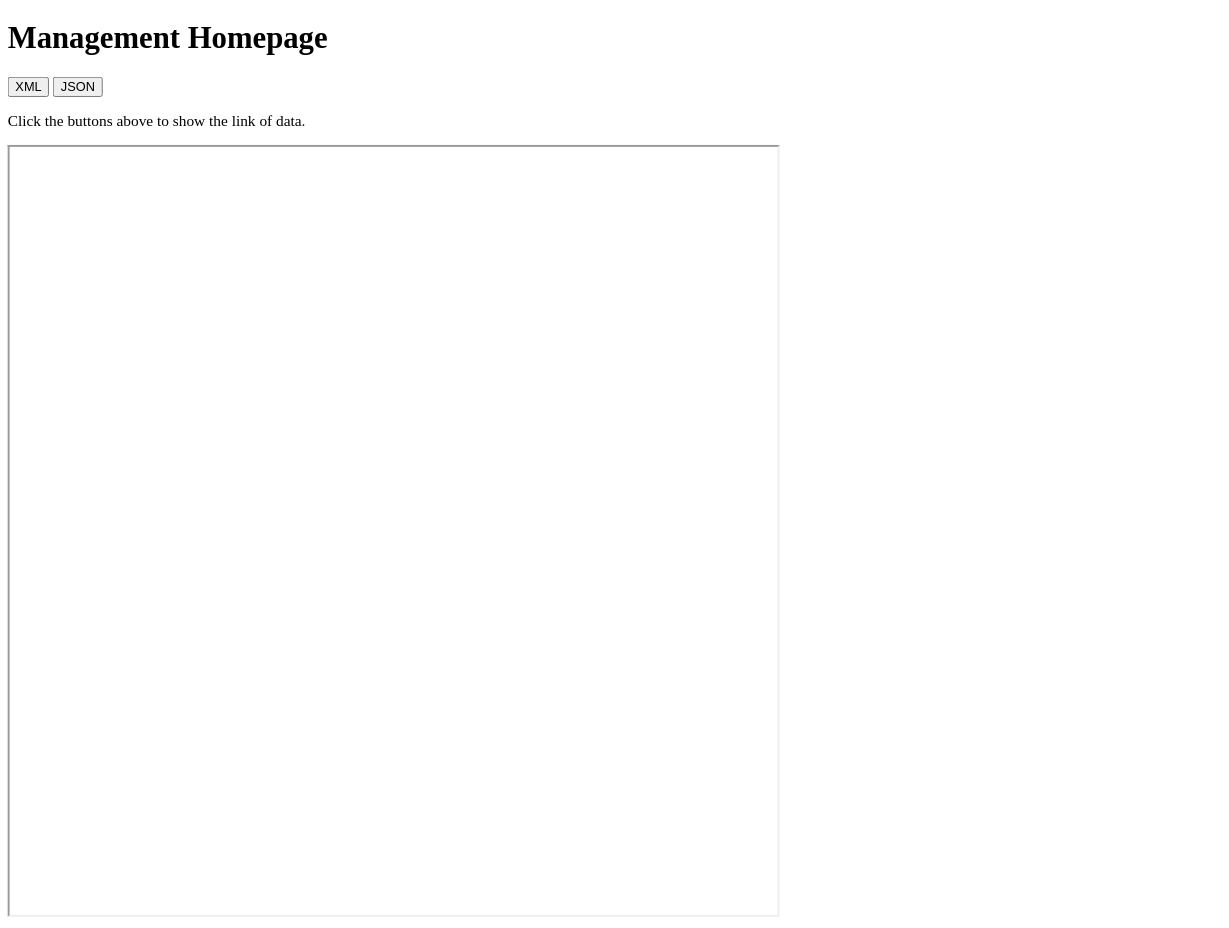
Repository: infsci2560sp16/full-stack-web-project-navis09
Page: hello/WebContent/index.html
An editor plug-in stored every save of this project. The page is shown before and after the next save, followed by the edit.
The browser window is 1280 px wide. The pictures show the whole page, at 96% of full size.

Above is the page before, as saved 2016-03-30 22:44:29.

After the next save:
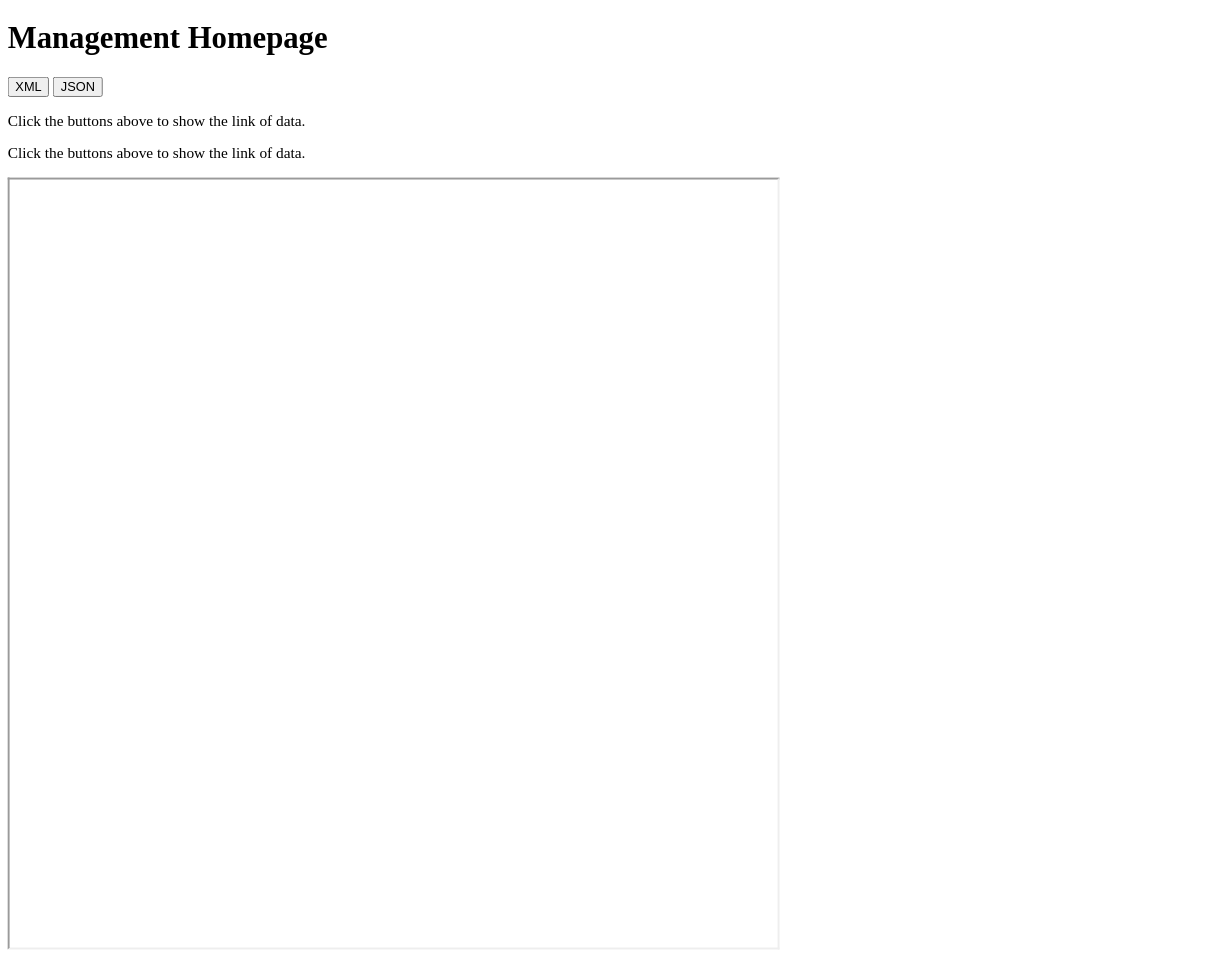
Saved 4 min 22 s later.
--- a/hello/WebContent/index.html
+++ b/hello/WebContent/index.html
@@ -23,6 +23,7 @@
 
 	<button onclick = "setXML()">XML</button>
 	<button onclick = "setJSON()">JSON</button>
+	<p>Click the buttons above to show the link of data.</p>
 	<p id="content">
 	Click the buttons above to show the link of data.
     </p>
